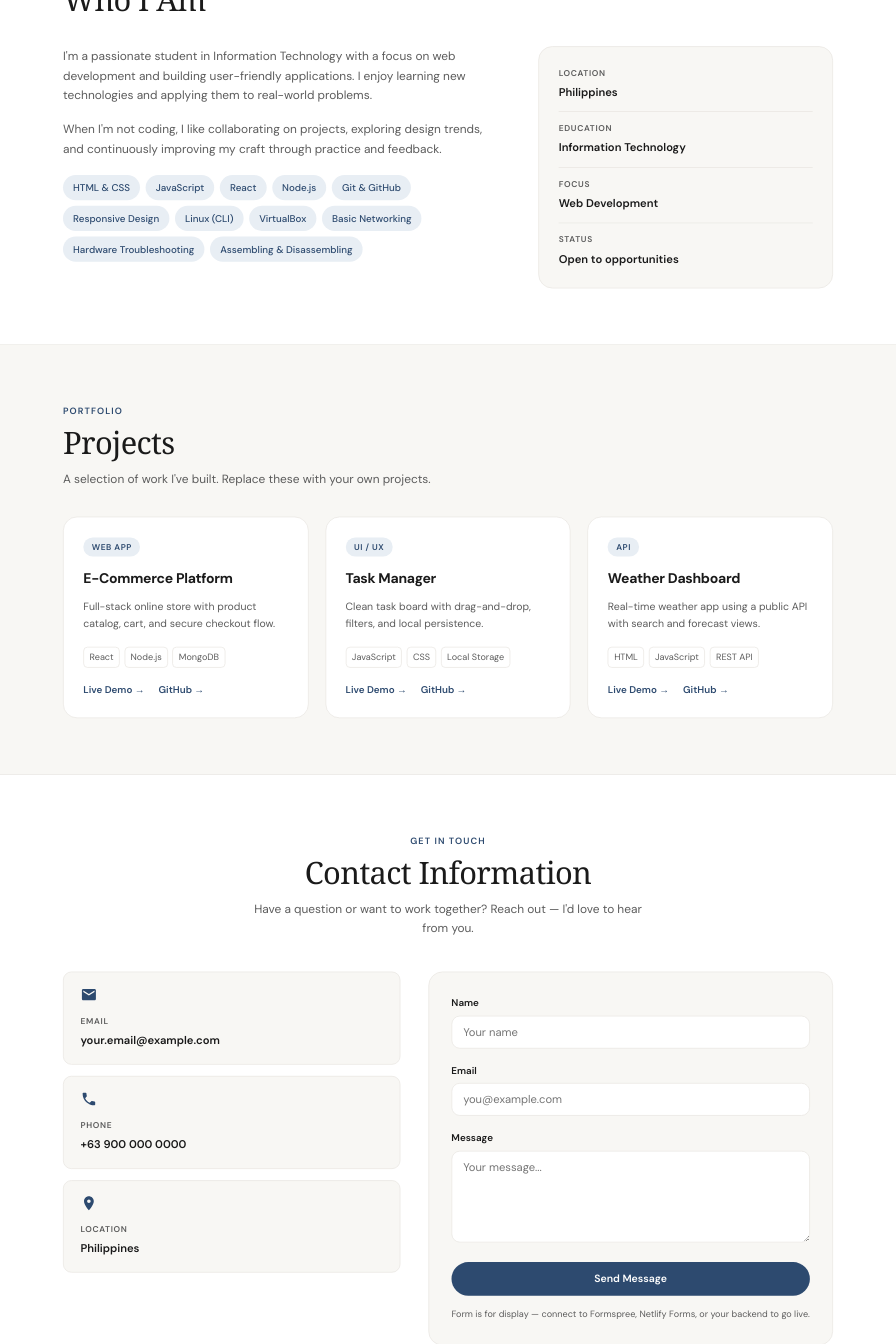
Repository: CodeJack0/Professional_Portfolio
Page: index.html
These files come from the project's save history. The page is drawn as it stood at one moment and after the next save; the edit follows.
The browser window is 1280 px wide. The pictures show the part of the page from y = 860 to 2780 px (the page is 2997 px tall before and 3431 px after), at 70% of full size.
Some web fonts or font styles are not loaded; a fallback is used.

Above is the page before, as saved 2026-05-29 22:10:23.

### index.html
<!DOCTYPE html>
<html lang="en">
<head>
  <meta charset="UTF-8" />
  <meta name="viewport" content="width=device-width, initial-scale=1.0" />
  <meta name="description" content="Professional portfolio — developer, projects, and contact." />
  <title>Portfolio</title>
  <link rel="preconnect" href="https://fonts.googleapis.com" />
  <link rel="preconnect" href="https://fonts.gstatic.com" crossorigin />
  <link href="https://fonts.googleapis.com/css2?family=DM+Sans:ital,opsz,wght@0,9..40,400;0,9..40,500;0,9..40,600;0,9..40,700;1,9..40,400&family=Instrument+Serif:ital@0;1&display=swap" rel="stylesheet" />
  <link rel="stylesheet" href="css/styles.css" />
</head>
<body>
  <header class="site-header" id="top">
    <nav class="nav container" aria-label="Main navigation">
      <a href="#home" class="nav-logo">Portfolio</a>
      <button type="button" class="nav-toggle" aria-expanded="false" aria-controls="nav-menu" aria-label="Open menu">
        <span class="nav-toggle-bar"></span>
        <span class="nav-toggle-bar"></span>
        <span class="nav-toggle-bar"></span>
      </button>
      <ul class="nav-menu" id="nav-menu">
        <li><a href="#home" class="nav-link">Home</a></li>
        <li><a href="#about" class="nav-link">About Me</a></li>
        <li><a href="#projects" class="nav-link">Projects</a></li>
        <li><a href="#contact" class="nav-link">Contact</a></li>
      </ul>
    </nav>
  </header>

  <main>
    <!-- Home -->
    <section id="home" class="section hero">
      <div class="container hero-grid">
        <div class="hero-content">
          <p class="hero-eyebrow">Hello, I'm</p>
          <h1 class="hero-title">John Isaac A. Echalucec</h1>
          <p class="hero-role">Information Technology Student &amp; Developer, Asspiring Cybersecurity Professional</p>
          <p class="hero-intro">
            I build clean, thoughtful web experiences and enjoy turning ideas into
            practical software. Welcome to my portfolio.
          </p>
          <div class="social-links" aria-label="Social media links">
            <a href="https://github.com/yourusername" class="social-link" target="_blank" rel="noopener noreferrer" aria-label="GitHub">
              <svg viewBox="0 0 24 24" width="22" height="22" aria-hidden="true"><path fill="currentColor" d="M12 0C5.37 0 0 5.37 0 12c0 5.31 3.435 9.795 8.205 11.385.6.105.825-.255.825-.57 0-.285-.015-1.23-.015-2.235-3.015.555-3.795-.735-4.035-1.41-.135-.36-.72-1.41-1.23-1.695-.42-.225-1.02-.78-.015-.795.945-.015 1.62.87 1.845 1.23 1.08 1.815 2.805 1.305 3.495.99.105-.78.42-1.305.765-1.605-2.67-.3-5.46-1.335-5.46-5.925 0-1.305.465-2.385 1.23-3.225-.12-.3-.54-1.53.12-3.18 0 0 1.005-.315 3.3 1.23.96-.27 1.98-.405 3-.405s2.04.135 3 .405c2.295-1.56 3.3-1.23 3.3-1.23.66 1.65.24 2.88.12 3.18.765.84 1.23 1.905 1.23 3.225 0 4.605-2.805 5.625-5.475 5.925.435.375.81 1.095.81 2.22 0 1.605-.015 2.895-.015 3.3 0 .315.225.69.825.57A12.02 12.02 0 0 0 24 12c0-6.63-5.37-12-12-12z"/></svg>
            </a>
            <a href="https://linkedin.com/in/yourusername" class="social-link" target="_blank" rel="noopener noreferrer" aria-label="LinkedIn">
              <svg viewBox="0 0 24 24" width="22" height="22" aria-hidden="true"><path fill="currentColor" d="M20.447 20.452h-3.554v-5.569c0-1.328-.027-3.037-1.852-3.037-1.853 0-2.136 1.445-2.136 2.939v5.667H9.351V9h3.414v1.561h.046c.477-.9 1.637-1.85 3.37-1.85 3.601 0 4.267 2.37 4.267 5.455v6.286zM5.337 7.433a2.062 2.062 0 0 1-2.063-2.065 2.064 2.064 0 1 1 2.063 2.065zm1.782 13.019H3.555V9h3.564v11.452zM22.225 0H1.771C.792 0 0 .774 0 1.729v20.542C0 23.227.792 24 1.771 24h20.451C23.2 24 24 23.227 24 22.271V1.729C24 .774 23.2 0 22.222 0h.003z"/></svg>
            </a>
            <a href="https://twitter.com/yourusername" class="social-link" target="_blank" rel="noopener noreferrer" aria-label="X (Twitter)">
              <svg viewBox="0 0 24 24" width="22" height="22" aria-hidden="true"><path fill="currentColor" d="M18.244 2.25h3.308l-7.227 8.26 8.502 11.24H16.17l-5.214-6.817L4.99 21.75H1.68l7.73-8.835L1.254 2.25H8.08l4.713 6.231zm-1.161 17.52h1.833L7.084 4.126H5.117z"/></svg>
            </a>
            <a href="mailto:your.email@example.com" class="social-link" aria-label="Email">
              <svg viewBox="0 0 24 24" width="22" height="22" aria-hidden="true"><path fill="currentColor" d="M20 4H4c-1.1 0-2 .9-2 2v12c0 1.1.9 2 2 2h16c1.1 0 2-.9 2-2V6c0-1.1-.9-2-2-2zm0 4-8 5-8-5V6l8 5 8-5v2z"/></svg>
            </a>
          </div>
          <div class="hero-actions">
            <a href="#projects" class="btn btn-primary">View My Work</a>
            <a href="pages/resumes.html" class="btn btn-secondary">
              <svg viewBox="0 0 24 24" width="18" height="18" aria-hidden="true"><path fill="currentColor" d="M14 2H6a2 2 0 0 0-2 2v16a2 2 0 0 0 2 2h12a2 2 0 0 0 2-2V8l-6-6zm-1 2 5 5h-5V4zM8 12h8v2H8v-2zm0 4h8v2H8v-2zm0-8h4v2H8V8z"/></svg>
              Resume / CV
            </a>
          </div>
        </div>
        <div class="hero-image-wrap">
          <div class="hero-image-frame">
            <img src="assets/profile.png" alt="Professional headshot" class="hero-image" width="400" height="400" />
          </div>
        </div>
      </div>
    </section>

    <!-- About Me -->
    <section id="about" class="section about">
      <div class="container">
        <header class="section-header">
          <span class="section-label">About Me</span>
          <h2 class="section-title">Who I Am</h2>
        </header>
        <div class="about-grid">
          <div class="about-text">
            <p>
              I'm a passionate student in Information Technology with a focus on web
              development and building user-friendly applications. I enjoy learning
              new technologies and applying them to real-world problems.
            </p>
            <p>
              When I'm not coding, I like collaborating on projects, exploring design
              trends, and continuously improving my craft through practice and
              feedback.
            </p>
            <ul class="skills-list">
              <li>HTML &amp; CSS</li>
              <li>JavaScript</li>
              <li>React</li>
              <li>Node.js</li>
              <li>Git &amp; GitHub</li>
              <li>Responsive Design</li>
              <li>Linux (CLI)</li>
              <li>VirtualBox</li>
              <li>Basic Networking</li>
              <li>Hardware Troubleshooting</li>
              <li>Assembling &amp; Disassembling</li>
            </ul>
          </div>
          <aside class="about-details">
            <dl class="detail-list">
              <div class="detail-item">
                <dt>Location</dt>
                <dd>Philippines</dd>
              </div>
              <div class="detail-item">
                <dt>Education</dt>
                <dd>Information Technology</dd>
              </div>
              <div class="detail-item">
                <dt>Focus</dt>
                <dd>Web Development</dd>
              </div>
              <div class="detail-item">
                <dt>Status</dt>
                <dd>Open to opportunities</dd>
              </div>
            </dl>
          </aside>
        </div>
      </div>
    </section>

    <!-- Projects -->
    <section id="projects" class="section projects">
      <div class="container">
        <header class="section-header">
          <span class="section-label">Portfolio</span>
          <h2 class="section-title">Projects</h2>
          <p class="section-desc">A selection of work I've built. Replace these with your own projects.</p>
        </header>
        <div class="projects-grid">
          <article class="project-card">
            <div class="project-card-top">
              <span class="project-tag">Web App</span>
            </div>
            <h3 class="project-title">E-Commerce Platform</h3>
            <p class="project-desc">
              Full-stack online store with product catalog, cart, and secure checkout flow.
            </p>
            <ul class="project-tech">
              <li>React</li>
              <li>Node.js</li>
              <li>MongoDB</li>
            </ul>
            <div class="project-links">
              <a href="#" class="project-link" target="_blank" rel="noopener noreferrer">Live Demo</a>
              <a href="https://github.com/yourusername" class="project-link" target="_blank" rel="noopener noreferrer">GitHub</a>
            </div>
          </article>
          <article class="project-card">
            <div class="project-card-top">
              <span class="project-tag">UI / UX</span>
            </div>
            <h3 class="project-title">Task Manager</h3>
            <p class="project-desc">
              Clean task board with drag-and-drop, filters, and local persistence.
            </p>
            <ul class="project-tech">
              <li>JavaScript</li>
              <li>CSS</li>
              <li>Local Storage</li>
            </ul>
            <div class="project-links">
              <a href="#" class="project-link" target="_blank" rel="noopener noreferrer">Live Demo</a>
              <a href="https://github.com/yourusername" class="project-link" target="_blank" rel="noopener noreferrer">GitHub</a>
            </div>
          </article>
          <article class="project-card">
            <div class="project-card-top">
              <span class="project-tag">API</span>
            </div>
            <h3 class="project-title">Weather Dashboard</h3>
            <p class="project-desc">
              Real-time weather app using a public API with search and forecast views.
            </p>
            <ul class="project-tech">
              <li>HTML</li>
              <li>JavaScript</li>
              <li>REST API</li>
            </ul>
            <div class="project-links">
              <a href="#" class="project-link" target="_blank" rel="noopener noreferrer">Live Demo</a>
              <a href="https://github.com/yourusername" class="project-link" target="_blank" rel="noopener noreferrer">GitHub</a>
            </div>
          </article>
        </div>
      </div>
    </section>

    <!-- Contact -->
    <section id="contact" class="section contact">
      <div class="container">
        <header class="section-header section-header--center">
          <span class="section-label">Get In Touch</span>
          <h2 class="section-title">Contact Information</h2>
          <p class="section-desc">
            Have a question or want to work together? Reach out — I'd love to hear from you.
          </p>
        </header>
        <div class="contact-grid">
          <div class="contact-cards">
            <a href="mailto:your.email@example.com" class="contact-card">
              <span class="contact-icon" aria-hidden="true">
                <svg viewBox="0 0 24 24" width="24" height="24"><path fill="currentColor" d="M20 4H4c-1.1 0-2 .9-2 2v12c0 1.1.9 2 2 2h16c1.1 0 2-.9 2-2V6c0-1.1-.9-2-2-2zm0 4-8 5-8-5V6l8 5 8-5v2z"/></svg>
              </span>
              <span class="contact-label">Email</span>
              <span class="contact-value">your.email@example.com</span>
            </a>
            <a href="tel:+639000000000" class="contact-card">
              <span class="contact-icon" aria-hidden="true">
                <svg viewBox="0 0 24 24" width="24" height="24"><path fill="currentColor" d="M6.62 10.79c1.44 2.83 3.76 5.14 6.59 6.59l2.2-2.2c.27-.27.67-.36 1.02-.24 1.12.37 2.33.57 3.57.57.55 0 1 .45 1 1V20c0 .55-.45 1-1 1-9.39 0-17-7.61-17-17 0-.55.45-1 1-1h3.5c.55 0 1 .45 1 1 0 1.25.2 2.45.57 3.57.11.35.03.74-.25 1.02l-2.2 2.2z"/></svg>
              </span>
              <span class="contact-label">Phone</span>
              <span class="contact-value">+63 900 000 0000</span>
            </a>
            <div class="contact-card contact-card--static">
              <span class="contact-icon" aria-hidden="true">
                <svg viewBox="0 0 24 24" width="24" height="24"><path fill="currentColor" d="M12 2C8.13 2 5 5.13 5 9c0 5.25 7 13 7 13s7-7.75 7-13c0-3.87-3.13-7-7-7zm0 9.5c-1.38 0-2.5-1.12-2.5-2.5s1.12-2.5 2.5-2.5 2.5 1.12 2.5 2.5-1.12 2.5-2.5 2.5z"/></svg>
              </span>
              <span class="contact-label">Location</span>
              <span class="contact-value">Philippines</span>
            </div>
          </div>
          <form class="contact-form" action="#" method="post">
            <div class="form-row">
              <label for="name">Name</label>
              <input type="text" id="name" name="name" required placeholder="Your name" autocomplete="name" />
            </div>
            <div class="form-row">
              <label for="email">Email</label>
              <input type="email" id="email" name="email" required placeholder="you@example.com" autocomplete="email" />
            </div>
            <div class="form-row">
              <label for="message">Message</label>
              <textarea id="message" name="message" rows="5" required placeholder="Your message..."></textarea>
            </div>
            <button type="submit" class="btn btn-primary btn-full">Send Message</button>
            <p class="form-note">Form is for display — connect to Formspree, Netlify Forms, or your backend to go live.</p>
          </form>
        </div>
      </div>
    </section>
  </main>

  <footer class="site-footer">
    <div class="container footer-inner">
      <p>&copy; <span id="year"></span> Your Name. All rights reserved.</p>
      <div class="social-links social-links--footer" aria-label="Footer social links">
        <a href="https://github.com/yourusername" class="social-link" target="_blank" rel="noopener noreferrer" aria-label="GitHub">
          <svg viewBox="0 0 24 24" width="20" height="20" aria-hidden="true"><path fill="currentColor" d="M12 0C5.37 0 0 5.37 0 12c0 5.31 3.435 9.795 8.205 11.385.6.105.825-.255.825-.57 0-.285-.015-1.23-.015-2.235-3.015.555-3.795-.735-4.035-1.41-.135-.36-.72-1.41-1.23-1.695-.42-.225-1.02-.78-.015-.795.945-.015 1.62.87 1.845 1.23 1.08 1.815 2.805 1.305 3.495.99.105-.78.42-1.305.765-1.605-2.67-.3-5.46-1.335-5.46-5.925 0-1.305.465-2.385 1.23-3.225-.12-.3-.54-1.53.12-3.18 0 0 1.005-.315 3.3 1.23.96-.27 1.98-.405 3-.405s2.04.135 3 .405c2.295-1.56 3.3-1.23 3.3-1.23.66 1.65.24 2.88.12 3.18.765.84 1.23 1.905 1.23 3.225 0 4.605-2.805 5.625-5.475 5.925.435.375.81 1.095.81 2.22 0 1.605-.015 2.895-.015 3.3 0 .315.225.69.825.57A12.02 12.02 0 0 0 24 12c0-6.63-5.37-12-12-12z"/></svg>
        </a>
        <a href="https://linkedin.com/in/yourusername" class="social-link" target="_blank" rel="noopener noreferrer" aria-label="LinkedIn">
          <svg viewBox="0 0 24 24" width="20" height="20" aria-hidden="true"><path fill="currentColor" d="M20.447 20.452h-3.554v-5.569c0-1.328-.027-3.037-1.852-3.037-1.853 0-2.136 1.445-2.136 2.939v5.667H9.351V9h3.414v1.561h.046c.477-.9 1.637-1.85 3.37-1.85 3.601 0 4.267 2.37 4.267 5.455v6.286zM5.337 7.433a2.062 2.062 0 0 1-2.063-2.065 2.064 2.064 0 1 1 2.063 2.065zm1.782 13.019H3.555V9h3.564v11.452zM22.225 0H1.771C.792 0 0 .774 0 1.729v20.542C0 23.227.792 24 1.771 24h20.451C23.2 24 24 23.227 24 22.271V1.729C24 .774 23.2 0 22.222 0h.003z"/></svg>
        </a>
      </div>
    </div>
  </footer>

  <script src="js/script.js"></script>
</body>
</html>

Loaded but not shown: js/script.js (76 lines, source omitted); css/styles.css (721 lines, source omitted)

After the next save:
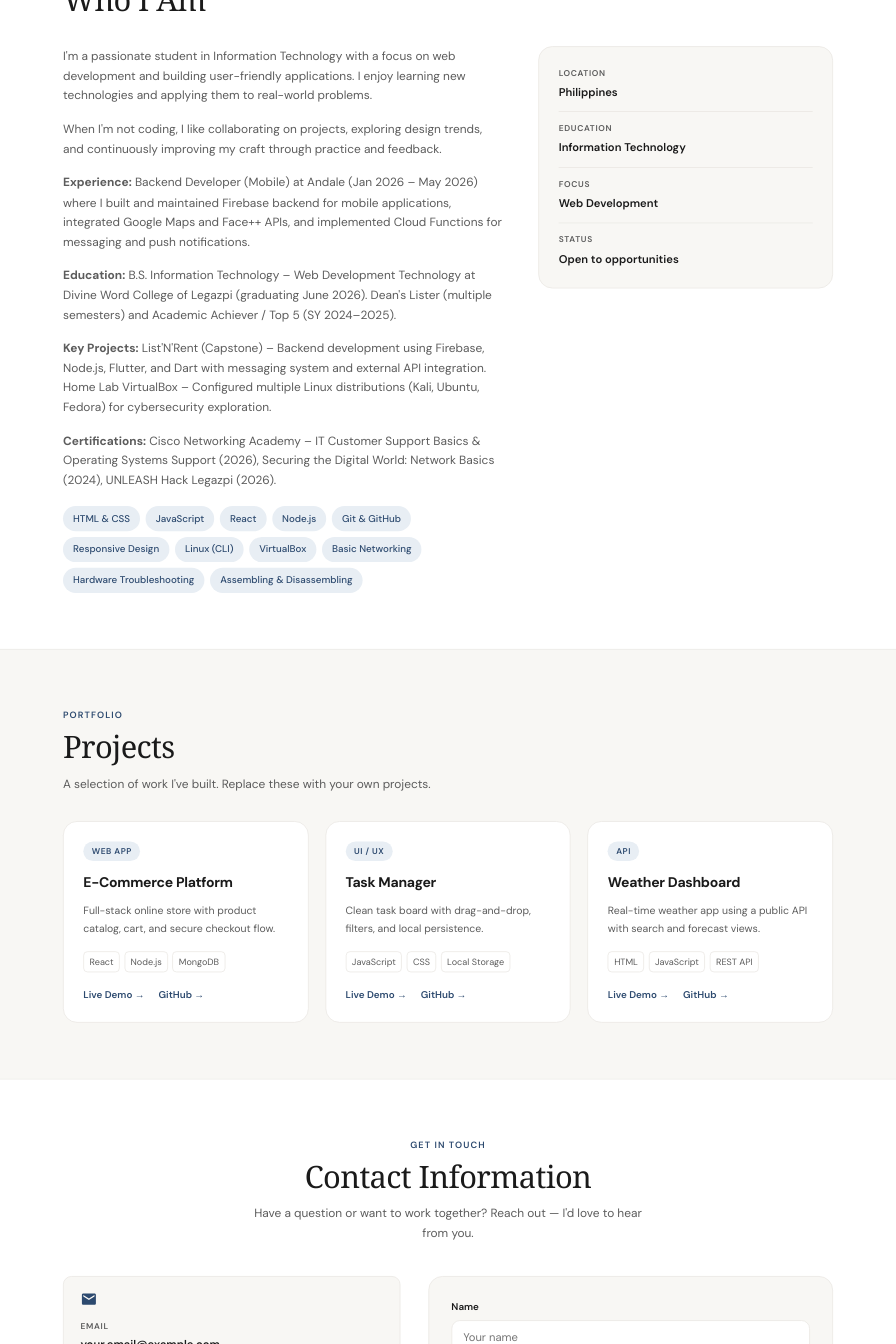
Saved 103 s later.
--- a/index.html
+++ b/index.html
@@ -89,6 +89,18 @@
               trends, and continuously improving my craft through practice and
               feedback.
             </p>
+            <p>
+              <strong>Experience:</strong> Backend Developer (Mobile) at Andale (Jan 2026 – May 2026) where I built and maintained Firebase backend for mobile applications, integrated Google Maps and Face++ APIs, and implemented Cloud Functions for messaging and push notifications.
+            </p>
+            <p>
+              <strong>Education:</strong> B.S. Information Technology – Web Development Technology at Divine Word College of Legazpi (graduating June 2026). Dean's Lister (multiple semesters) and Academic Achiever / Top 5 (SY 2024–2025).
+            </p>
+            <p>
+              <strong>Key Projects:</strong> List'N'Rent (Capstone) – Backend development using Firebase, Node.js, Flutter, and Dart with messaging system and external API integration. Home Lab VirtualBox – Configured multiple Linux distributions (Kali, Ubuntu, Fedora) for cybersecurity exploration.
+            </p>
+            <p>
+              <strong>Certifications:</strong> Cisco Networking Academy – IT Customer Support Basics & Operating Systems Support (2026), Securing the Digital World: Network Basics (2024), UNLEASH Hack Legazpi (2026).
+            </p>
             <ul class="skills-list">
               <li>HTML &amp; CSS</li>
               <li>JavaScript</li>
